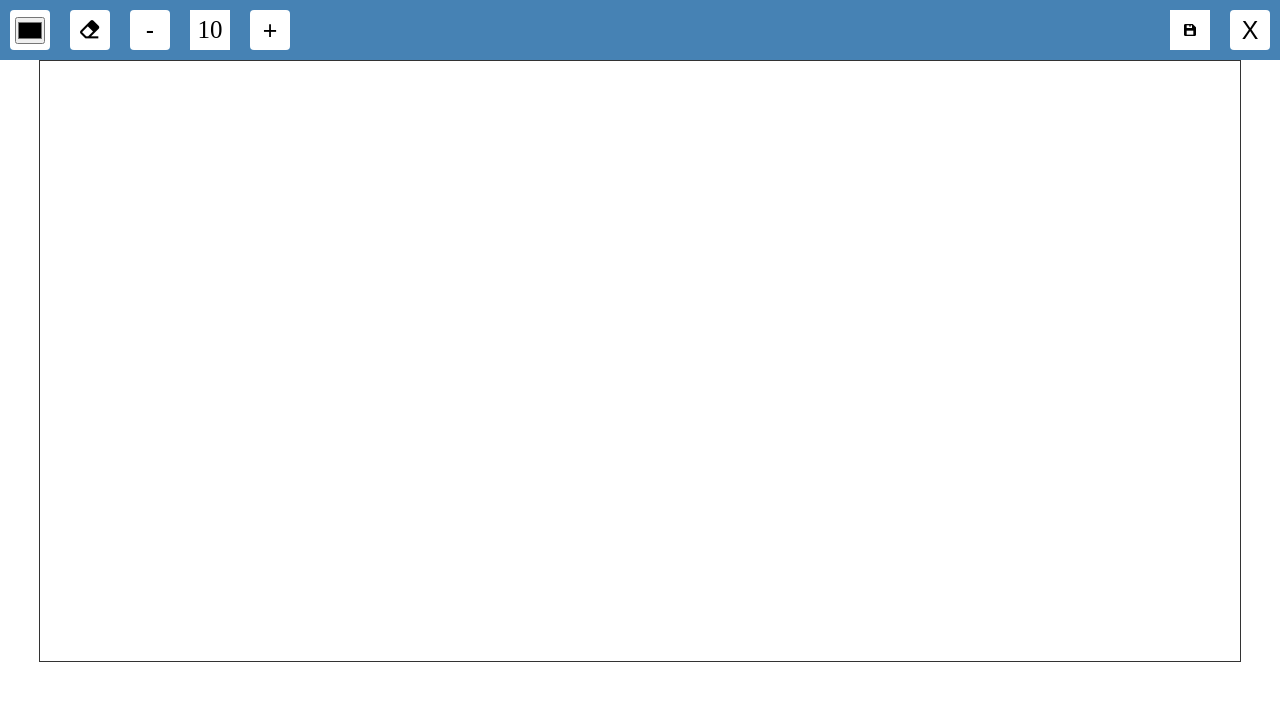
Repository: reminzuetto/DrawingApp
Page: index.html
These files come from the project's save history. The page is drawn as it stood at one moment and after the next save; the edit follows.
The browser window is 1280 px wide. The pictures show the whole page.

Above is the page before, as saved 2024-06-10 20:22:49.

After the next save:
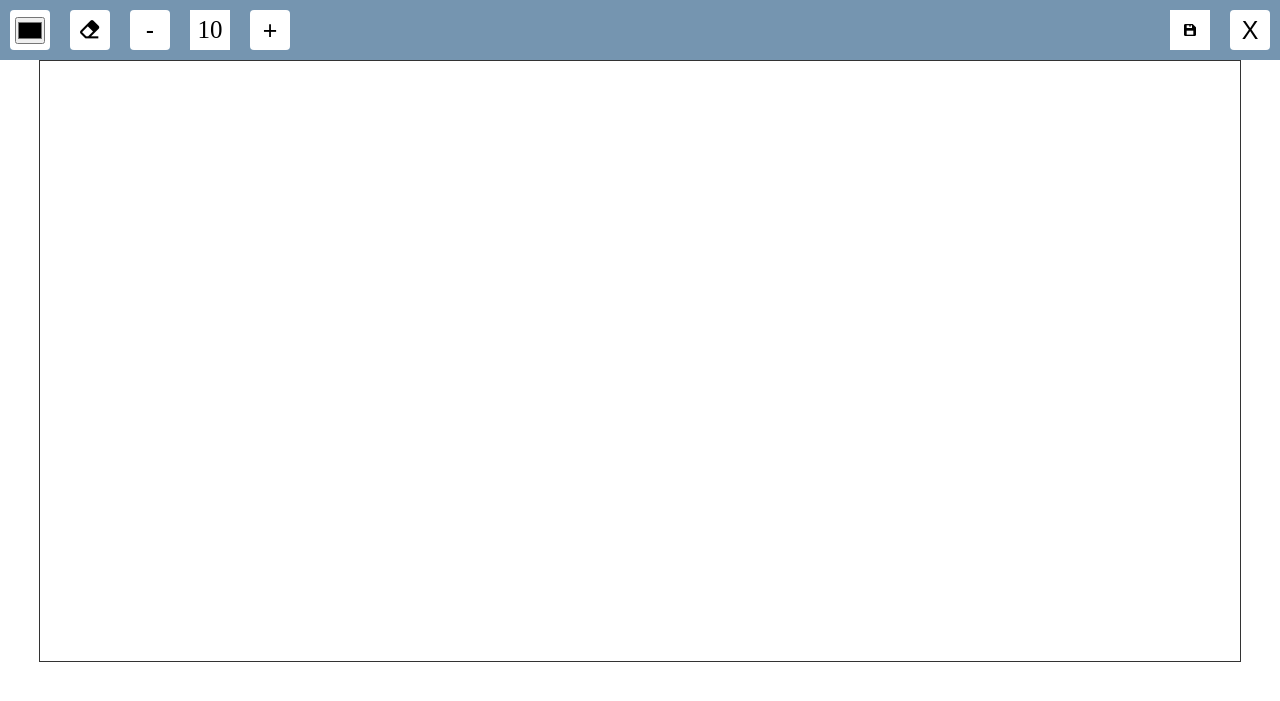
Saved 18 s later.
--- a/style.css
+++ b/style.css
@@ -16,10 +16,11 @@ canvas {
 
 button {
   border-radius: 4px;
+  color: ;
 }
 
 .tools {
-  background-color: steelblue;
+  background-color: rgb(117, 149, 176);
   display: flex;
   align-items: center;
 }
